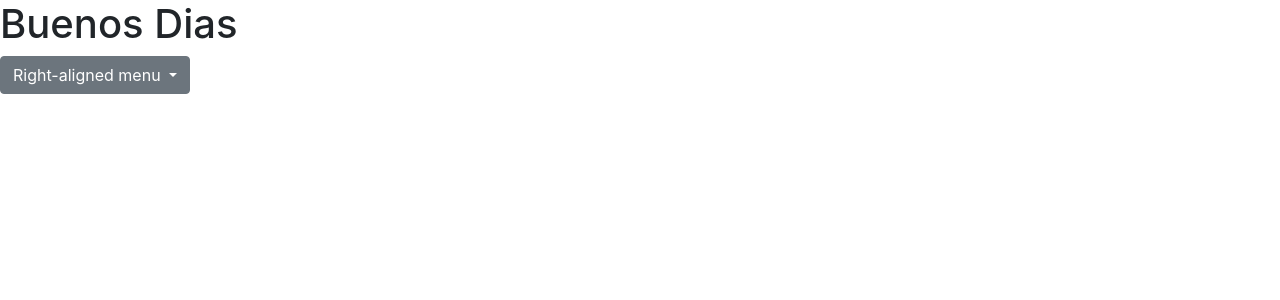
Repository: Alemartinez97/New-Repository
Page: programacion-3/tp4/index.html
The author's editor kept a copy of each file at every save. The page is drawn from the files as they stood at one save, then again after the next save.
The browser window is 1280 px wide. The pictures show the whole page.

Above is the page before, as saved 2020-06-11 15:22:58.

### programacion-3/tp4/index.html
<!DOCTYPE html>
<html lang="en">
<head>
    <meta charset="UTF-8">
    <meta name="viewport" content="width=device-width, initial-scale=1.0">
    <title>Bienvenido</title>
    <link rel="stylesheet" href="https://stackpath.bootstrapcdn.com/bootstrap/4.5.0/css/bootstrap.min.css" integrity="sha384-9aIt2nRpC12Uk9gS9baDl411NQApFmC26EwAOH8WgZl5MYYxFfc+NcPb1dKGj7Sk" crossorigin="anonymous">
</head>
<body>
  <h1 class="h1">Buenos Dias</h1>
  <ul class="dropdown-menu" aria-labelledby="dropdownMenu2">
    <li><a href="./tareas/lista.html" class="btn btn-primary">Perfil</a></li>
    <li><a href="producto.html" class="btn btn-primary">Productos</a></li>
    <li><a href="servicio.html" class="btn btn-primary">Servicios</a></li>
    </ul>
    <div class="btn-group">
      <button type="button" class="btn btn-secondary dropdown-toggle" data-toggle="dropdown" aria-haspopup="true" aria-expanded="false">
        Right-aligned menu
      </button>
      <div class="dropdown-menu dropdown-menu-right">
        <button class="dropdown-item" type="button">Action</button>
        <button class="dropdown-item" type="button">Another action</button>
        <button class="dropdown-item" type="button">Something else here</button>
      </div>
    </div>
</body>
</html>

After the next save:
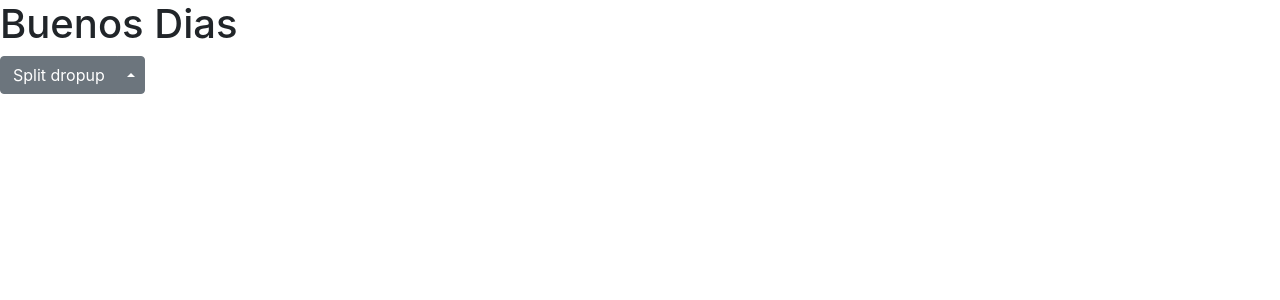
Saved 78 s later.
--- a/programacion-3/tp4/index.html
+++ b/programacion-3/tp4/index.html
@@ -8,20 +8,21 @@
 </head>
 <body>
   <h1 class="h1">Buenos Dias</h1>
+  <div class="btn-group dropup">
+    <button type="button" class="btn btn-secondary">
+      Split dropup
+    </button>
+    <button type="button" class="btn btn-secondary dropdown-toggle dropdown-toggle-split" data-toggle="dropdown" aria-haspopup="true" aria-expanded="false">
+      <span class="sr-only">Toggle Dropdown</span>
+    </button>
+    <div class="dropdown-menu">
+      <!-- Dropdown menu links -->
+    </div>
+  </div>
   <ul class="dropdown-menu" aria-labelledby="dropdownMenu2">
     <li><a href="./tareas/lista.html" class="btn btn-primary">Perfil</a></li>
     <li><a href="producto.html" class="btn btn-primary">Productos</a></li>
     <li><a href="servicio.html" class="btn btn-primary">Servicios</a></li>
     </ul>
-    <div class="btn-group">
-      <button type="button" class="btn btn-secondary dropdown-toggle" data-toggle="dropdown" aria-haspopup="true" aria-expanded="false">
-        Right-aligned menu
-      </button>
-      <div class="dropdown-menu dropdown-menu-right">
-        <button class="dropdown-item" type="button">Action</button>
-        <button class="dropdown-item" type="button">Another action</button>
-        <button class="dropdown-item" type="button">Something else here</button>
-      </div>
-    </div>
 </body>
 </html>
